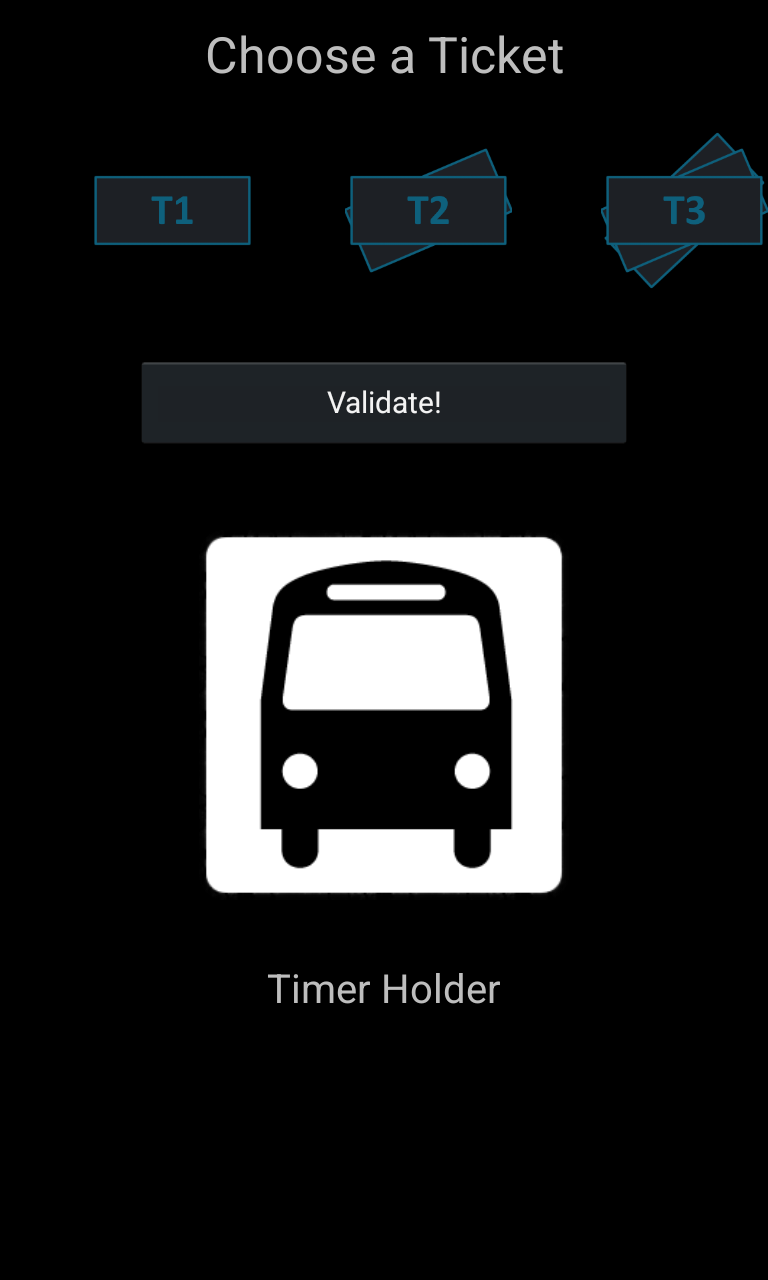
Repository: Nelspike/BusTicketer
Layout: PassengerMode/res/layout/fragment_show_tickets.xml
These files come from the project's save history. The layout is drawn as it stood at one moment and after the next save; the edit follows.
It is drawn on a 768 x 1280 px phone screen (xhdpi) without system bars, with theme AppTheme; the app's code is not run. The app's manifest (not shown) leaves right-to-left support off. So textAlignment, textDirection and layoutDirection are ignored, and left and right values win over start and end ones.

Above is the layout before, as saved 2013-10-19 21:07:35.

After the next save:
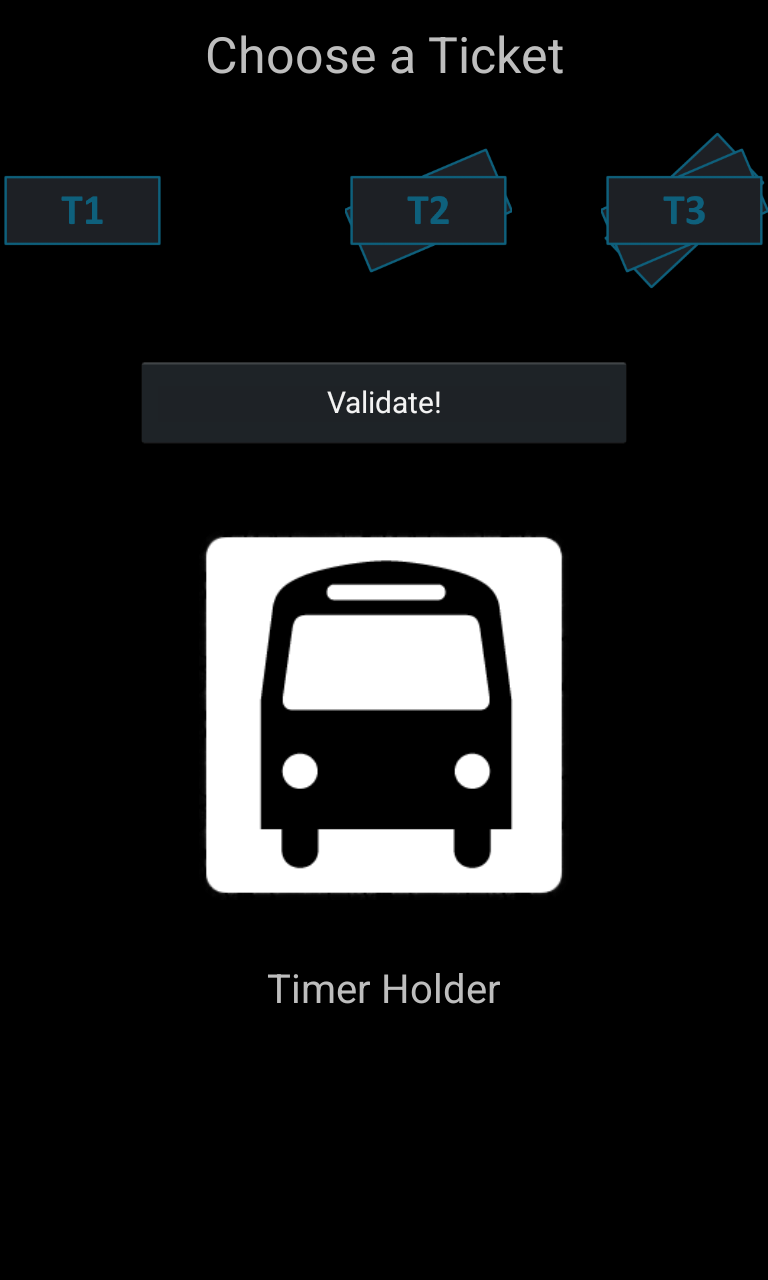
Saved 17 s later.
--- a/PassengerMode/res/layout/fragment_show_tickets.xml
+++ b/PassengerMode/res/layout/fragment_show_tickets.xml
@@ -29,7 +29,7 @@
 			<RadioButton
 			    android:id="@+id/t1_radio"
 			    android:button="@android:color/transparent"
-				android:drawableRight="@drawable/t1_selector"
+				android:drawableStart="@drawable/t1_selector"
 				android:layout_width="wrap_content"
 				android:layout_height="wrap_content"
 				android:layout_weight="1"/>

After the save that followed:
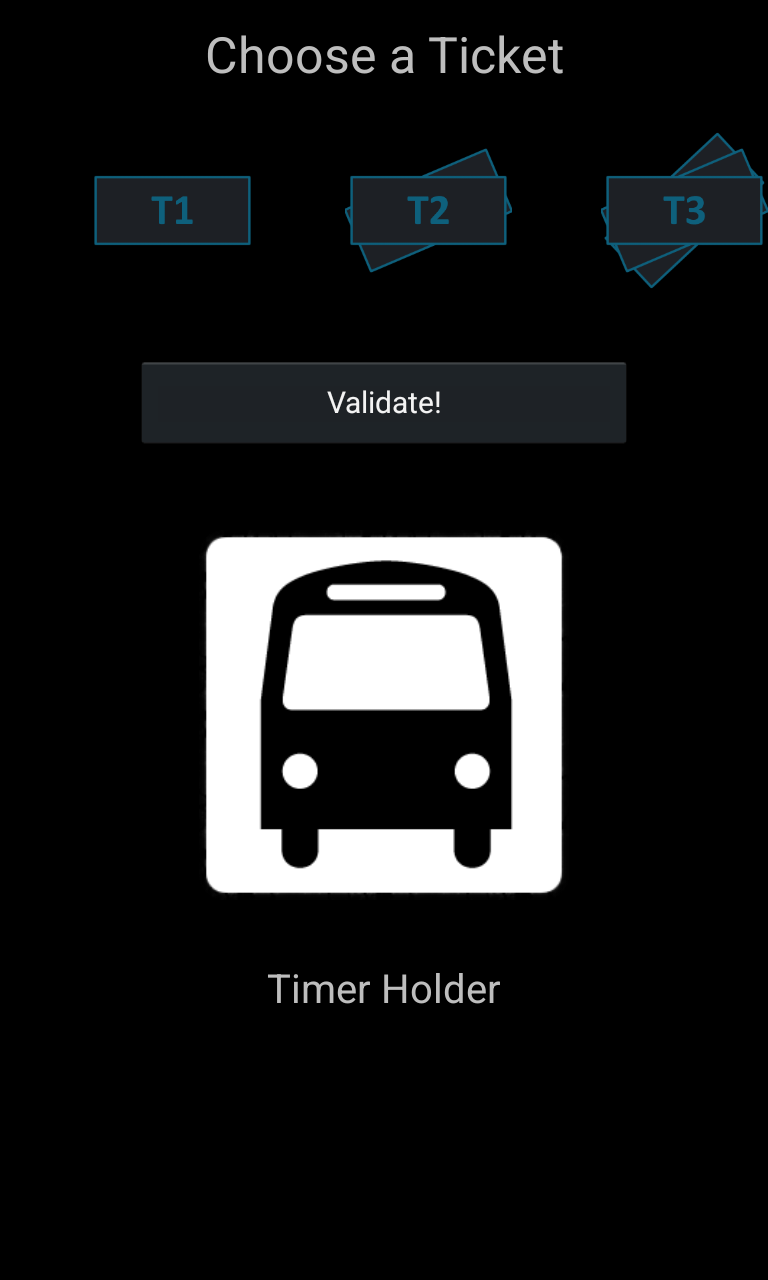
Saved 6 s later.
--- a/PassengerMode/res/layout/fragment_show_tickets.xml
+++ b/PassengerMode/res/layout/fragment_show_tickets.xml
@@ -29,7 +29,7 @@
 			<RadioButton
 			    android:id="@+id/t1_radio"
 			    android:button="@android:color/transparent"
-				android:drawableStart="@drawable/t1_selector"
+				android:drawableEnd="@drawable/t1_selector"
 				android:layout_width="wrap_content"
 				android:layout_height="wrap_content"
 				android:layout_weight="1"/>
